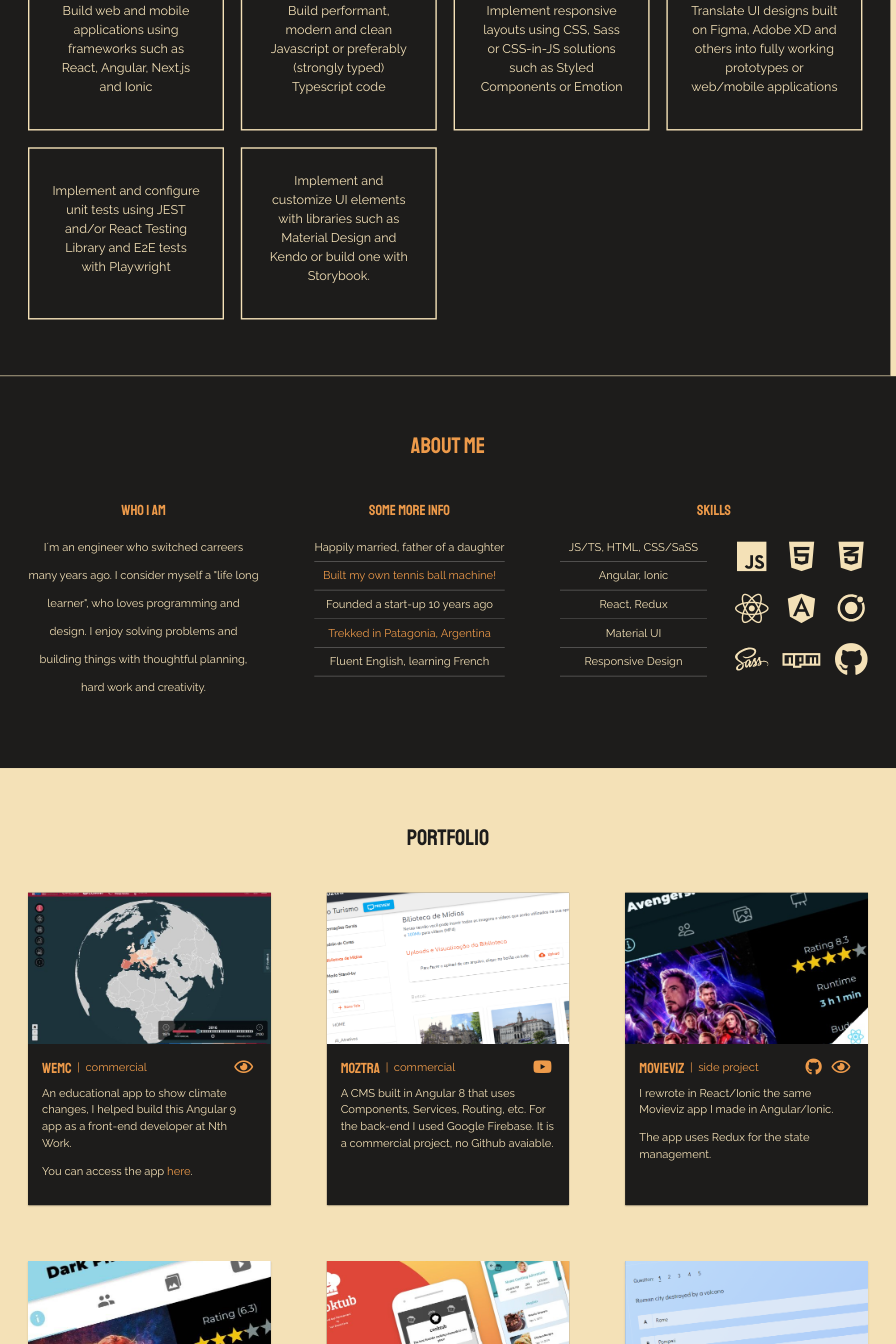
Repository: luizdanielmlima/myWebsite
Page: dist/index.html
The author's editor kept a copy of each file at every save. The page is drawn from the files as they stood at one save, then again after the next save.
The browser window is 1280 px wide. The pictures show the part of the page from y = 939 to 2859 px (the page is 3863 px tall before and 3836 px after), at 70% of full size.
Some web libraries are served in a nearby version.

Above is the page before, as saved 2023-01-04 08:53:06.

After the next save:
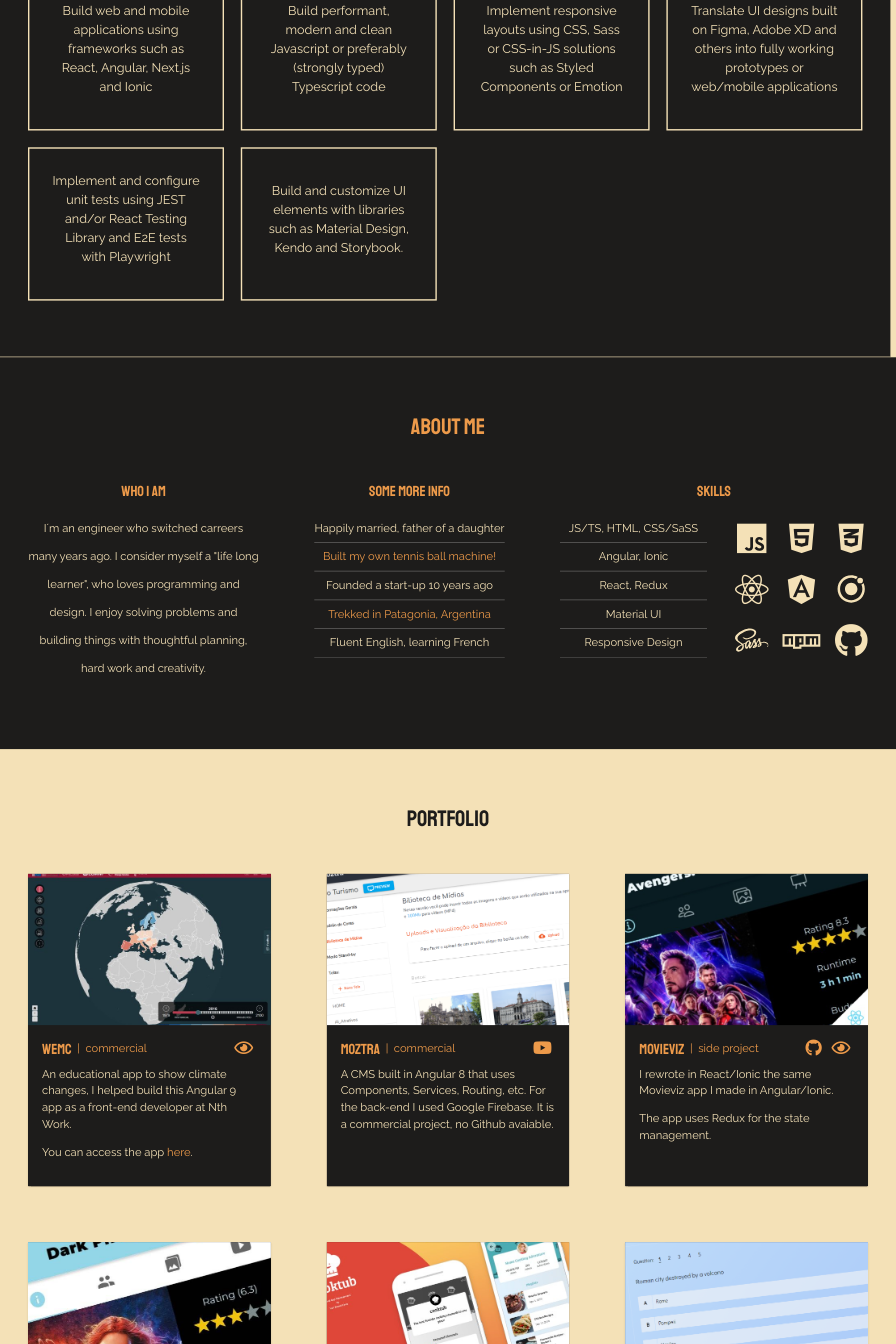
Saved 28 s later.
--- a/dist/index.html
+++ b/dist/index.html
@@ -146,8 +146,8 @@
         </div>
         <div class="ability">
           <p>
-            Implement and customize UI elements with libraries such as
-            Material Design and Kendo or build one with Storybook.
+            Build and customize UI elements with libraries such as
+            Material Design, Kendo and Storybook.
           </p>
         </div>
       </div>
